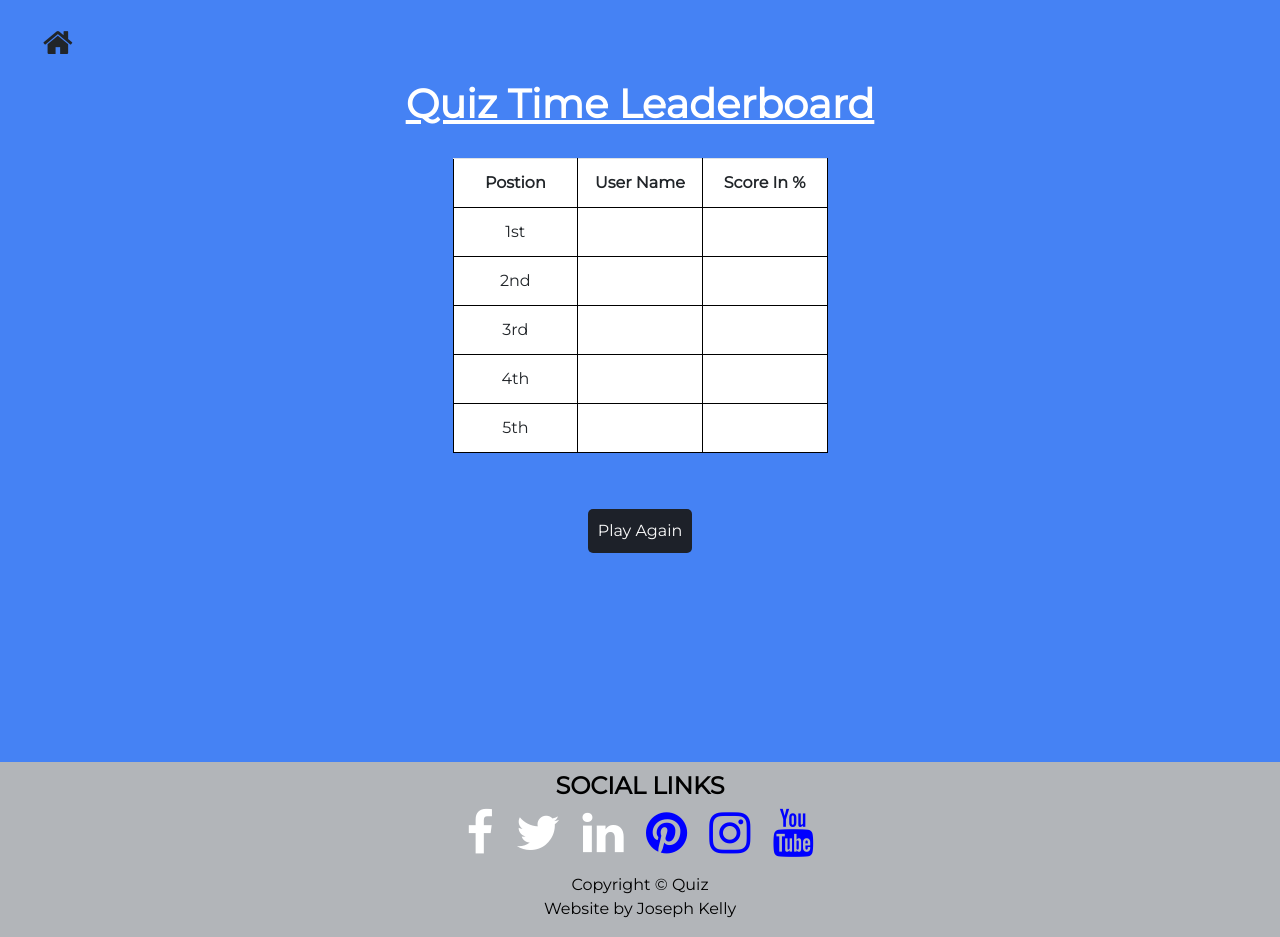
Repository: Code-Institute-Submissions/quiz-1
Page: leaderboard.html
The author's editor kept a record of every edit. The page is drawn from the files as they stood at one moment, then again after the next edit.
The browser window is 1280 px wide. The pictures show the whole page.

Above is the page before.
Console error: ReferenceError: scoreCalculator is not defined

### leaderboard.html
<!DOCTYPE html>
<html lang="en">

<head>
    <meta charset="UTF-8">
    <meta name="viewport" content="width=device-width, initial-scale=1.0">
    <meta http-equiv="X-UA-Compatible" content="ie=edge">
    <link rel="stylesheet" href="https://stackpath.bootstrapcdn.com/bootstrap/4.4.1/css/bootstrap.min.css" type="text/css" />
    <link rel="stylesheet" href="https://stackpath.bootstrapcdn.com/font-awesome/4.7.0/css/font-awesome.min.css" type="text/css" />
    <link href="https://fonts.googleapis.com/css2?family=Montserrat&display=swap" rel="stylesheet">
    <link rel="stylesheet" href="assets/css/style.css" type="text/css" />
    <script src="https://cdnjs.cloudflare.com/ajax/libs/jquery/3.5.0/jquery.min.js" integrity="sha256-xNzN2a4ltkB44Mc/Jz3pT4iU1cmeR0FkXs4pru/JxaQ=" crossorigin="anonymous"></script>
    <script type="text/javascript" src="assets/js/modal-score.js"></script>
    <script type="text/javascript" src="assets/js/scoreCalculator.js"></script>
    <script type="text/javascript" src="assets/js/leaderboard.js"></script>
    <script src="assets/js/buttons.js"></script>
    <title>Quiz Time</title>
</head>
<!-- functions for leaderboard -->
<body onload="scoreCalculator(); saveHighScore()">
    <div class="container-fluid background-leaderboard">
        <div class="container-fluid buttons">
            <!-- button that takes user back to home page -->
            <button class="btn" onclick="home()"><i class="fa fa-home fa-2x"></i></button>
        </div>
        <!-- table that displays highscores -->
        <div class="table">
            <h1 class="leaderboard-title"><u><b>Quiz Time Leaderboard</b></u></h1>
            <div><h4 id="score-display"></h4></div>
            <table id="highScores">
                <tr>
                    <th>Postion</th>
                    <th>User Name</th>
                    <th>Score In %</th>
                </tr>
                <tr>
                    <td>1st</td>
                    <td id="username-1"></td>
                    <td id="score-1"></td>
                </tr>
                <tr>
                    <td>2nd</td>
                    <td id="username-2"></td>
                    <td id="score-2"></td>
                </tr>
                <tr>
                    <td>3rd</td>
                    <td id="username-3"></td>
                    <td id="score-3"></td>
                </tr>
                <tr>
                    <td>4th</td>
                    <td id="username-4"></td>
                    <td id="score-4"></td>
                </tr>
                <tr>
                    <td>5th</td>
                    <td id="username-5"></td>
                    <td id="score-5"></td>
                </tr>
            </table>
        </div>
        <div class="container-fluid load">
            <!-- button that takes player to load.html -->
            <a href="load.html" class="load-button">Play Again</a>
        </div>
    </div>
    <footer class="container-fluid">
        <div id="footer-details" class="row">
            <div class="col-sm">
                <h4 class="uppercase footer-info">Social Links</h4>
                <ul class="list-inline social-links">
                    <li class="list-inline-item">
                        <a target="_blank" href="#">
                            <i class="fa fa-facebook fa-3x" class="icon" aria-hidden="true"></i>
                            <span class="sr-only">Facebook</span>
                        </a>
                    </li>
                    <li class="list-inline-item">
                        <a target="_blank" href="#">
                            <i class="fa fa-twitter fa-3x" class="icon" aria-hidden="true"></i>
                            <span class="sr-only">Twitter</span>
                        </a>
                    </li>
                    <li class="list-inline-item">
                        <a target="_blank" href="#">
                            <i class="fa fa-linkedin fa-3x" class="icon" aria-hidden="true"></i>
                            <span class="sr-only">LinkedIn</span>
                        </a>
                    </li>
                    <li class="list-inline-item">
                        <a target="_blank" href="#">
                            <i class="fa fa-pinterest fa-3x" id="icon" aria-hidden="true"></i>
                            <span class="sr-only">pinterest</span>
                        </a>
                    </li>
                    <li class="list-inline-item">
                        <a target="_blank" href="#">
                            <i class="fa fa-instagram fa-3x" id="icon" aria-hidden="true"></i>
                            <span class="sr-only">Instagram</span>
                        </a>
                    </li>
                    <li class="list-inline-item">
                        <a target="_blank" href="#">
                            <i class="fa fa-youtube fa-3x" id="icon" aria-hidden="true"></i>
                            <span class="sr-only">Youtube</span>
                        </a>
                    </li>
                </ul>
                <div class="copyright">
                    <p>Copyright &#169; Quiz<br>Website by Joseph Kelly</p>
                </div>
            </div>
        </div>
    </footer>
    <script src="https://code.jquery.com/jquery-3.3.1.slim.min.js" integrity="sha384-q8i/X+965DzO0rT7abK41JStQIAqVgRVzpbzo5smXKp4YfRvH+8abtTE1Pi6jizo" crossorigin="anonymous"></script>
    <script src="https://cdnjs.cloudflare.com/ajax/libs/popper.js/1.14.7/umd/popper.min.js" integrity="sha384-UO2eT0CpHqdSJQ6hJty5KVphtPhzWj9WO1clHTMGa3JDZwrnQq4sF86dIHNDz0W1" crossorigin="anonymous"></script>
    <script src="https://stackpath.bootstrapcdn.com/bootstrap/4.3.1/js/bootstrap.min.js" integrity="sha384-JjSmVgyd0p3pXB1rRibZUAYoIIy6OrQ6VrjIEaFf/nJGzIxFDsf4x0xIM+B07jRM" crossorigin="anonymous"></script>
</body>

</html>

### assets/css/style.css
body {
  font-family: 'Montserrat', sans-serif;
}

a {
  color: white;
  text-decoration: none !important;
}

a:visited {
  color: white;
}

a:hover {
  color: white;
}

a:active {
  color: white;
}

/*--------------------------- home --------------- */

.home {
  background-color: #4582F4;
  height: 782px;
}

.background-load {
  background-color: #4582F4;
  height: 762px;
}

.background-quiz {
  background-color: #4582F4;
  height: 762px;
}

.background-leaderboard {
  background-color: #4582F4;
  height: 762px;
}

.info {
  font-family: 'Montserrat', sans-serif;
  text-align: center;
  padding-top: 40px;
  width: 70%;
  margin: auto;
  color: white;
}

.load {
  display: flex;
  justify-content: center;
  align-items: center;
  padding-top: 40px;
  padding-bottom: 40px;
}

.load-button {
  background-color: #1D2129;
  text-decoration: none;
  color: #fafafa;
  padding: 10px;
  border-radius: 5px;
}

/*--------------------------- animation --------------- */

.quiz-time {
  text-align: center;
  padding-top: 150px;
  width: 100vw;
  font-family: 'Montserrat', sans-serif;
  display: flex;
  justify-content: center;
  align-items: center;
  margin: -20px;
}

.animation span {
  position: relative;
  top: 20px;
  display: inline-block;
  -webkit-animation: bounce 0.3s ease infinite alternate;
  font-size: 100px;
  color: #fff;
  text-shadow: 0 1px 0 #ccc, 0 2px 0 #ccc, 0 3px 0 #ccc, 0 4px 0 #ccc,
  0 5px 0 #ccc, 0 6px 0 transparent, 0 7px 0 transparent, 0 8px 0 transparent,
  0 9px 0 transparent, 0 10px 10px rgba(0, 0, 0, 0.4);
}

.animation span:nth-child(2) {
  -webkit-animation-delay: 0.1s;
}

.animation span:nth-child(3) {
  -webkit-animation-delay: 0.2s;
}

.animation span:nth-child(4) {
  -webkit-animation-delay: 0.3s;
}

.animation span:nth-child(5) {
  -webkit-animation-delay: 0.4s;
}

.animation span:nth-child(6) {
  -webkit-animation-delay: 0.5s;
}

.animation span:nth-child(7) {
  -webkit-animation-delay: 0.6s;
}

.animation span:nth-child(8) {
  -webkit-animation-delay: 0.2s;
}

.animation span:nth-child(9) {
  -webkit-animation-delay: 0.3s;
}

.animation span:nth-child(10) {
  -webkit-animation-delay: 0.4s;
}

.animation span:nth-child(11) {
  -webkit-animation-delay: 0.5s;
}

.animation span:nth-child(12) {
  -webkit-animation-delay: 0.6s;
}

.animation span:nth-child(13) {
  -webkit-animation-delay: 0.7s;
}

.animation span:nth-child(14) {
  -webkit-animation-delay: 0.8s;
}

/* ANIMATION */

@-webkit-keyframes bounce {
  100% {
    top: -20px;
    text-shadow: 0 1px 0 #ccc, 0 2px 0 #ccc, 0 3px 0 #ccc, 0 4px 0 #ccc,
    0 5px 0 #ccc, 0 6px 0 #ccc, 0 7px 0 #ccc, 0 8px 0 #ccc, 0 9px 0 #ccc,
    0 50px 25px rgba(0, 0, 0, 0.2);
  }
}

/*--------------------------- footer --------------- */

footer {
  color: #fafafa;
  padding-top: 10px;
  background-color: #B2B5B9;
  display: inline-block;
  position: relative;
}

.footer-info {
  font-weight: bold;
  text-align: center;
  color: #000000;
}

.list-inline-item {
  margin-left: 10px;
  margin-right: 10px;
}

.uppercase {
  text-transform: uppercase;
}

.social-links {
  text-align: center;
  color: #000000;
}

.copyright {
  text-align: center;
  color: #000000;
}

#icon {
  color: blue;
}

/*--------------------------- Quiz Loading --------------- */

.prompt {
  text-align: center;
  color: #fafafa;
  margin-bottom: 0;
  padding-top: 10px;
}

.start-button {
  background-color: #1D2129;
  text-decoration: none;
  color: #fafafa;
  padding: 10px;
  border-radius: 5px;
}

.form-heading {
  padding-top: 100px;
  text-align: center;
  color: white;
  text-decoration: underline;
}

.option-select {
  display: block;
  margin-right: auto;
  margin-left: auto;
  padding-top: 50px;
}

::placeholder {
  color: white;
  padding-left: 15px;
  font-size: 20px;
}

.username {
  width: 300px;
  display: block;
  margin-left: auto;
  margin-right: auto;
  height: 50px;
  color: white;
  font-size: 20px;
  background-color: #000000;
  border: solid 1px;
  border-radius: 10px;
  border-color: white;
}

.box select {
  background-color: #000000;
  margin-left: auto;
  margin-right: auto;
  color: white;
  padding: 12px;
  width: 300px;
  border: solid 1px;
  border-radius: 10px;
  font-size: 20px;
  box-shadow: 0 5px 25px rgba(0, 0, 0, 0.2);
  -webkit-appearance: button;
  appearance: button;
  outline: none;
  display: block;
}

.box:hover::before {
  color: rgba(255, 255, 255, 0.6);
  background-color: rgba(255, 255, 255, 0.2);
}

/*--------------------------- quiz timer --------------- */

.modal-header {
  margin-left: auto;
  margin-right: auto;
}

.countdown {
  margin: 0 auto;
  max-width: 350px;
  background: #ff0000;
  font-family: Impact, Charcoal, sans-serif;
  text-align: center;
}

.countdown .header {
  color: #c61d1d;
  text-align: center;
  font-weight: normal;
  margin: 5px 0 10px 0;
}

.countdown .square {
  display: inline-block;
  padding: 10px;
  margin: 5px;
}

.countdown .digits {
  font-size: 24px;
  background: #fff;
  color: #000;
  padding: 20px 10px;
  border-radius: 5px;
}

.countdown .text {
  margin-top: 10px;
  color: #ddd;
}

/*--------------------------- quiz page --------------- */
.carousel-control-next {
  position: absolute;
  height: 224px;
  align-items: flex-end;
}

.finish {
  width: 30%;
  margin-left: auto;
  margin-right: auto;
  display: block;
  text-align: center;
}

.image-display {
  margin-bottom: 20px;
  height: auto;
  width: 350px;
  padding-left: 50px;
  margin-left: auto;
  margin-right: auto;
}

.buttons {
  margin-top: 20px;
  float: right;
}

.countdown-quiz {
  margin: 0 auto;
  max-width: 350px;
  background: #ff0000;
  font-family: Impact, Charcoal, sans-serif;
  text-align: center;
  clear: both;
}

.countdown-quiz .header {
  color: #c61d1d;
  text-align: center;
  font-weight: normal;
  margin: 5px 0 10px 0;
}

.countdown-quiz .square {
  display: inline-block;
  padding: 10px;
  margin: 5px;
}

.countdown-quiz .digits {
  font-size: 24px;
  background: #fff;
  color: #000;
  padding: 20px 10px;
  border-radius: 5px;
}

.countdown-quiz .text {
  margin-top: 10px;
  color: #ddd;
}

.carousel-item {
  height: auto;
}

#question-1,
#question-2,
#question-3,
#question-4,
#question-5,
#question-6,
#question-7,
#question-8,
#question-9,
#question-10,
#question-11,
#question-12,
#question-13,
#question-14,
#question-15,
#question-16,
#question-17,
#question-18,
#question-19,
#question-20 {
  padding-top: 20px;
  text-align: center;
  color: white;
}

#answers-1,
#answers-2,
#answers-3,
#answers-4,
#answers-5,
#answers-6,
#answers-7,
#answers-8,
#answers-9,
#answers-10,
#answers-11,
#answers-12,
#answers-13,
#answers-14,
#answers-15,
#answers-16,
#answers-17,
#answers-18,
#answers-19,
#answers-20 {
  padding-top: 20px;
  text-align: left;
  margin: auto;
  width: 400px;
  color: white;
}

/*--------------------------- Leaderboard page --------------- */

.leaderboard-title {
  text-align: center;
  padding-top: 30px;
  width: 100%;
  margin-left: auto;
  margin-right: auto;
  font-weight: bold;
  padding-top: 80px;
  color: white;
}

table {
  margin-top: 30px;
  margin-left: auto;
  margin-right: auto;
  width: 70%;
}

table,
th,
td {
  border: solid 1px black;
  background-color: white;
  text-align: center;
  width: 30%;
}

#score-display {
  text-align: center;
  color: white;
  margin-top: 15px;
}

#footer-btns {
  text-align: center;
  margin-top: 10px;
  margin-bottom: 20px;
}

### assets/js/modal-score.js
 $(window).on('load',function(){
        $('#exampleModalCenter').modal('show');
    });

    // displays modal on page load

### assets/js/leaderboard.js
var mostRecentScore = sessionStorage.getItem('mostRecentScore');
var amount = sessionStorage.getItem('amount');
var tada = new Audio('assets/audio/tada.wav');
var sad = new Audio('assets/audio/sadtrombone.wav');
var scorePercent;
var username = localStorage.getItem("username");
var highScores = JSON.parse(localStorage.getItem("highScores")) || [];
var scorePercentRound = sessionStorage.getItem('scorePercentRound');
var highscoresTable = document.getElementById("highscores-table");


function saveHighScore() {
    //stores scores and username in an object
    const score = {
        name: username,
        score: scorePercentRound
    };
    console.log(score);
    //pushes score object into highscores array
    highScores.push(score);
    //sorts array from highest to lowest
    highScores.sort((a, b) => b.score - a.score);
    //ensures that the maximum of items in highscores remains at 5
    highScores.splice(5);


    localStorage.setItem("highScores", JSON.stringify(highScores));

    // determines weather or not the user makes it on the leaderboard and plays music if sucessful
    if (scorePercentRound >= highScores[0].score || scorePercentRound >= highScores[1].score || scorePercentRound >= highScores[2].score || scorePercentRound >= highScores[3].score || scorePercentRound >= highScores[4].score || highScores.length < 4) {
        tada.play();
    }
    // music that plays if user does not make it onto the leaderboard
    else {
        sad.play();
    }
    console.log(highScores);

    // if there is only one item in highscores writes that item to the leaderboard
    if (highScores.length == 1) {
        document.getElementById("username-1").innerHTML = highScores[0].name;
        document.getElementById("score-1").innerHTML = highScores[0].score;
    }
    // if there is 2 items in highscores writes them to the leaderboard
    else if (highScores.length == 2) {
        document.getElementById("username-1").innerHTML = highScores[0].name;
        document.getElementById("score-1").innerHTML = highScores[0].score;
        document.getElementById("username-2").innerHTML = highScores[1].name;
        document.getElementById("score-2").innerHTML = highScores[1].score;
    }
    // if there is only 3 items in highscores writes them to the leaderboard
    else if (highScores.length == 3) {
        document.getElementById("username-1").innerHTML = highScores[0].name;
        document.getElementById("score-1").innerHTML = highScores[0].score;
        document.getElementById("username-2").innerHTML = highScores[1].name;
        document.getElementById("score-2").innerHTML = highScores[1].score;
        document.getElementById("username-3").innerHTML = highScores[2].name;
        document.getElementById("score-3").innerHTML = highScores[2].score;
    }
     //if there is only 4 items in highscores writes them to the leaderboard
    else if (highScores.length == 4) {
        document.getElementById("username-1").innerHTML = highScores[0].name;
        document.getElementById("score-1").innerHTML = highScores[0].score;
        document.getElementById("username-2").innerHTML = highScores[1].name;
        document.getElementById("score-2").innerHTML = highScores[1].score;
        document.getElementById("username-3").innerHTML = highScores[2].name;
        document.getElementById("score-3").innerHTML = highScores[2].score;
        document.getElementById("username-4").innerHTML = highScores[3].name;
        document.getElementById("score-4").innerHTML = highScores[3].score;
    }
    //if there is 5 items in highscores writes them to the leaderboard
    else if (highScores.length == 5) {
        document.getElementById("username-1").innerHTML = highScores[0].name;
        document.getElementById("score-1").innerHTML = highScores[0].score;
        document.getElementById("username-2").innerHTML = highScores[1].name;
        document.getElementById("score-2").innerHTML = highScores[1].score;
        document.getElementById("username-3").innerHTML = highScores[2].name;
        document.getElementById("score-3").innerHTML = highScores[2].score;
        document.getElementById("username-4").innerHTML = highScores[3].name;
        document.getElementById("score-4").innerHTML = highScores[3].score;
        document.getElementById("username-5").innerHTML = highScores[4].name;
        document.getElementById("score-5").innerHTML = highScores[4].score;
    }
    //clears sessionStorage
    sessionStorage.clear();
}

Loaded but not shown: assets/js/buttons.js (no copy from this time; the picture is the same without it); assets/js/scoreCalculator.js (no copy from this time; the picture is the same without it)

After the next edit:
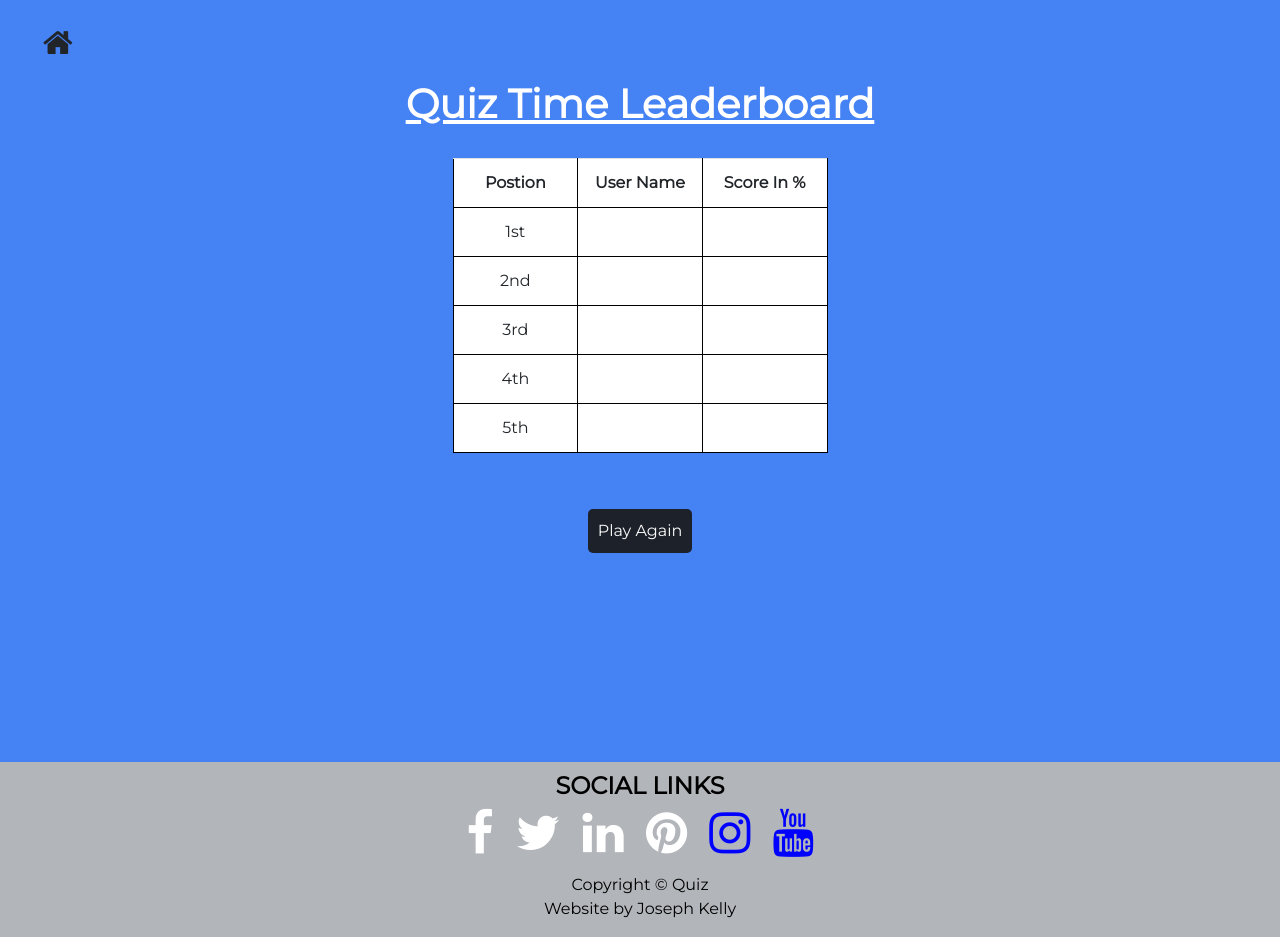
The edit:
--- a/leaderboard.html
+++ b/leaderboard.html
@@ -90,7 +90,7 @@
                     </li>
                     <li class="list-inline-item">
                         <a target="_blank" href="#">
-                            <i class="fa fa-pinterest fa-3x" id="icon" aria-hidden="true"></i>
+                            <i class="fa fa-pinterest fa-3x" class="icon" aria-hidden="true"></i>
                             <span class="sr-only">pinterest</span>
                         </a>
                     </li>
